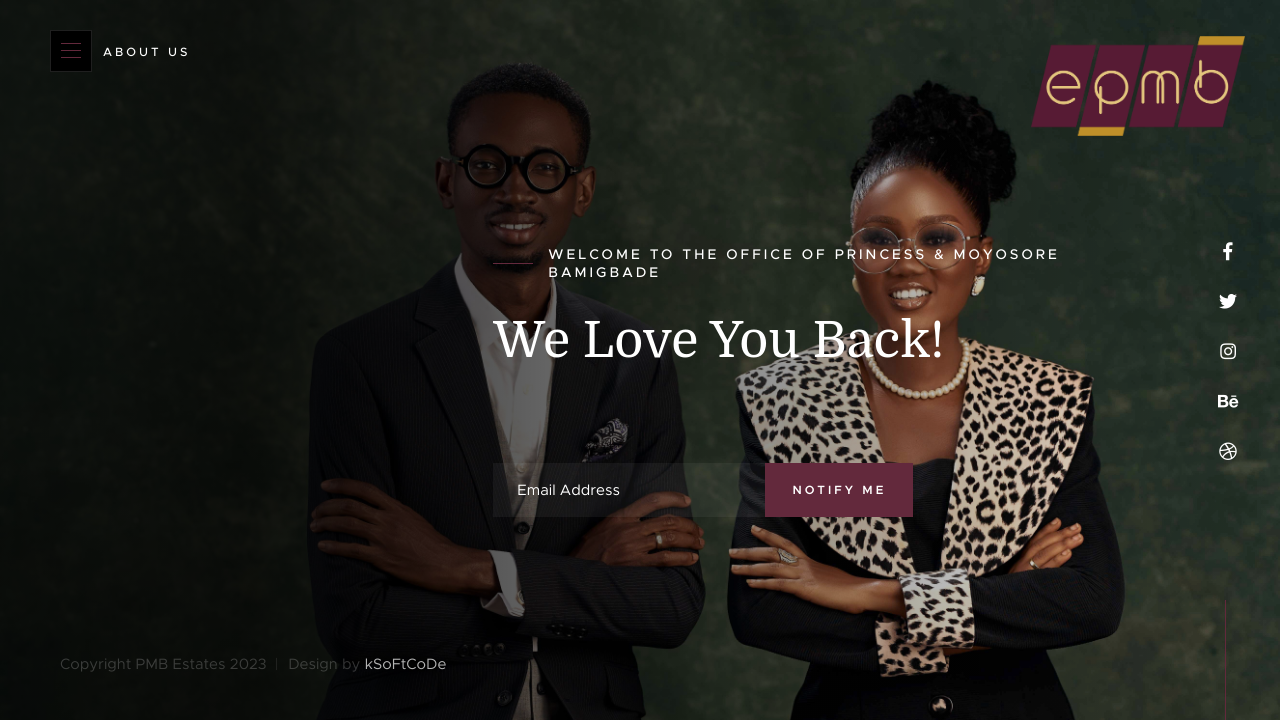
Repository: Ksoftcode/PMB
Page: index.html
An editor plug-in stored every save of this project. The page is shown before and after the next save, followed by the edit.
The browser window is 1280 px wide. The pictures show the whole page.

Above is the page before, as saved 2023-03-27 13:17:22.

After the next save:
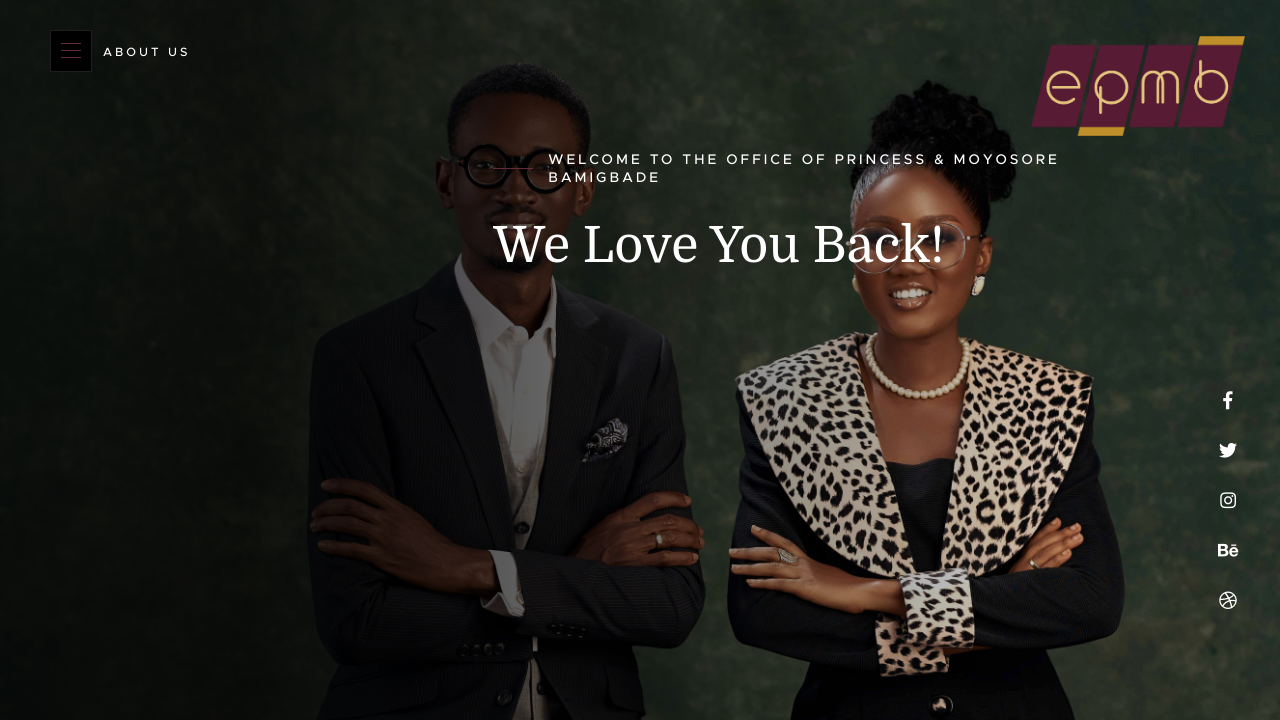
Saved 23 s later.
--- a/index.html
+++ b/index.html
@@ -55,6 +55,7 @@
                     <h1>
                         We Love You Back! <br>
                      <br>
+                     <br> <br> <br> <br> <br> <br> <br> <br>
                     </h1>
 
                     <!-- <p>
